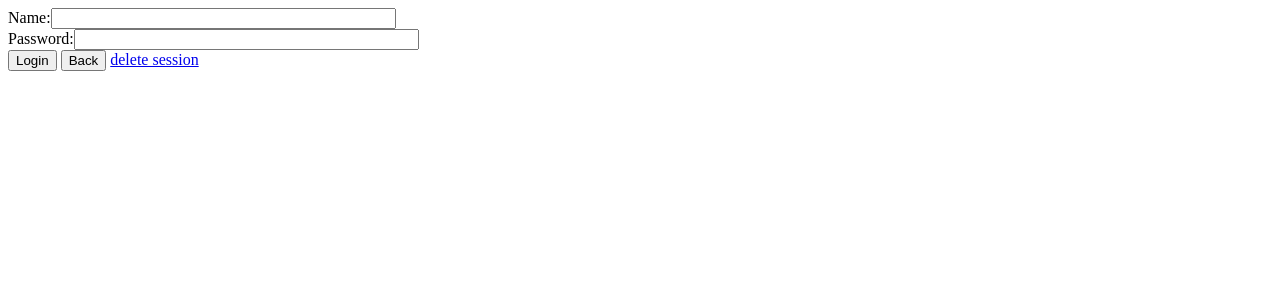
Repository: jeungmin717/BookStore
Page: BookStore/webProgramming/web01/WebContent/silsup/11.5.3.html
The author's editor kept a copy of each file at every save. The page is drawn from the files as they stood at one save, then again after the next save.
The browser window is 1280 px wide. The pictures show the whole page.

Above is the page before, as saved 2017-05-31 13:16:21.

### BookStore/webProgramming/web01/WebContent/silsup/11.5.3.html
<!DOCTYPE html>
<html>
<head>
<meta charset="UTF-8">
<title>Insert title here</title>
</head>
<body>
<form action = "response-login.jsp" method ="get">

Name:<input type="text" name="id" size ="40"><br>
Password:<input type = "password" name="pw" size="40"><br>
<input type ="submit" value ="Login">
<input type ="reset" value ="Back">

<a href = "delete.jsp">
delete session
</a>
</form>


</body>
</html>

After the next save:
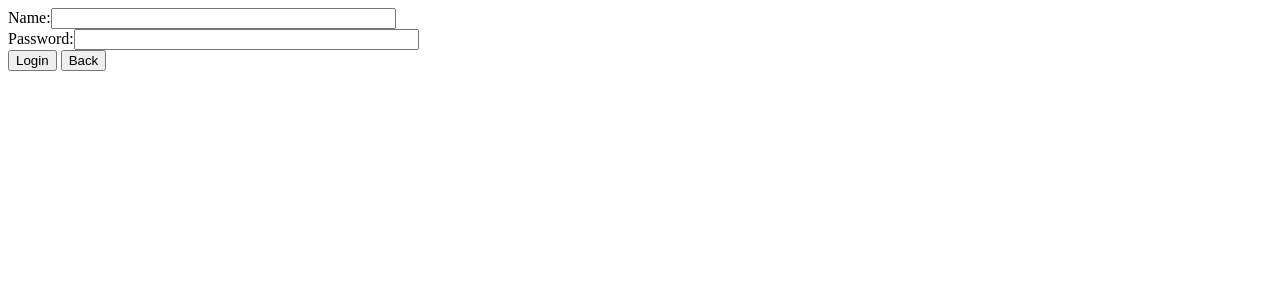
Saved 79 s later.
--- a/BookStore/webProgramming/web01/WebContent/silsup/11.5.3.html
+++ b/BookStore/webProgramming/web01/WebContent/silsup/11.5.3.html
@@ -12,9 +12,6 @@ Password:<input type = "password" name="pw" size="40"><br>
 <input type ="submit" value ="Login">
 <input type ="reset" value ="Back">
 
-<a href = "delete.jsp">
-delete session
-</a>
 </form>
 
 
